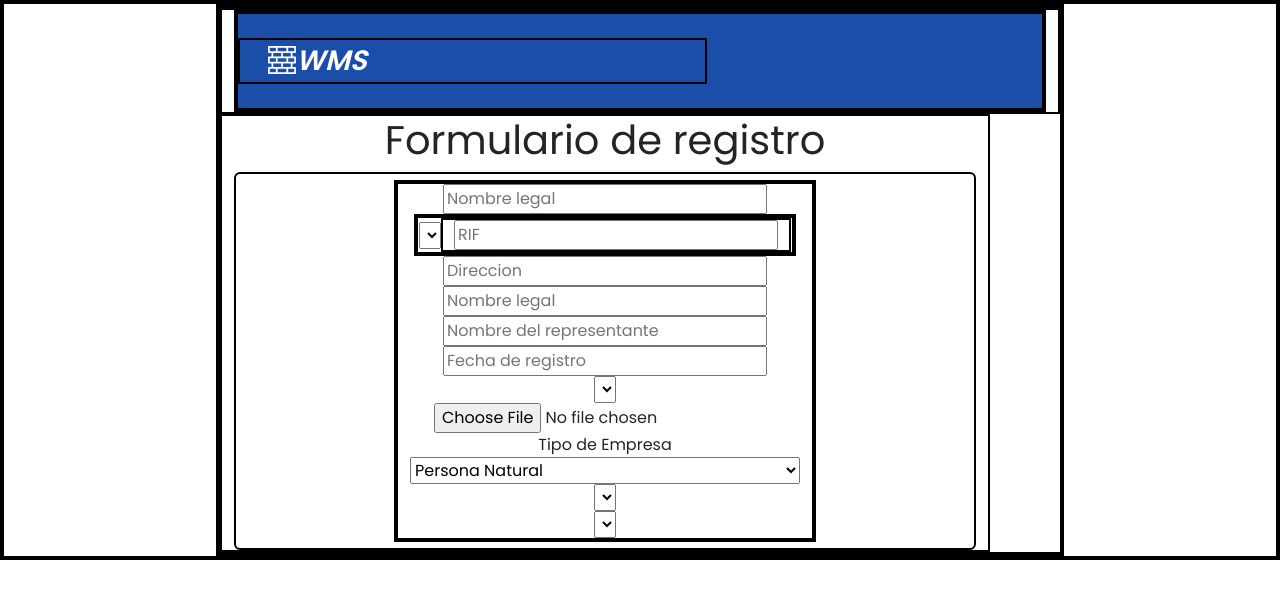
Repository: Rafa-x64/Gestion_inventario_practica
Page: http://localhost/Gestion_inventario/index.php?page=registro-empresa
These files come from the project's save history. The page is drawn as it stood at one moment and after a run of saves; the edit follows.
The browser window is 1280 px wide. The pictures show the whole page.
The page is run by PHP 8.4 with error messages shown; the project is at /var/www/html/.

Above is the page before, as saved 2025-07-23 17:01:12.

After the next 7 saves:
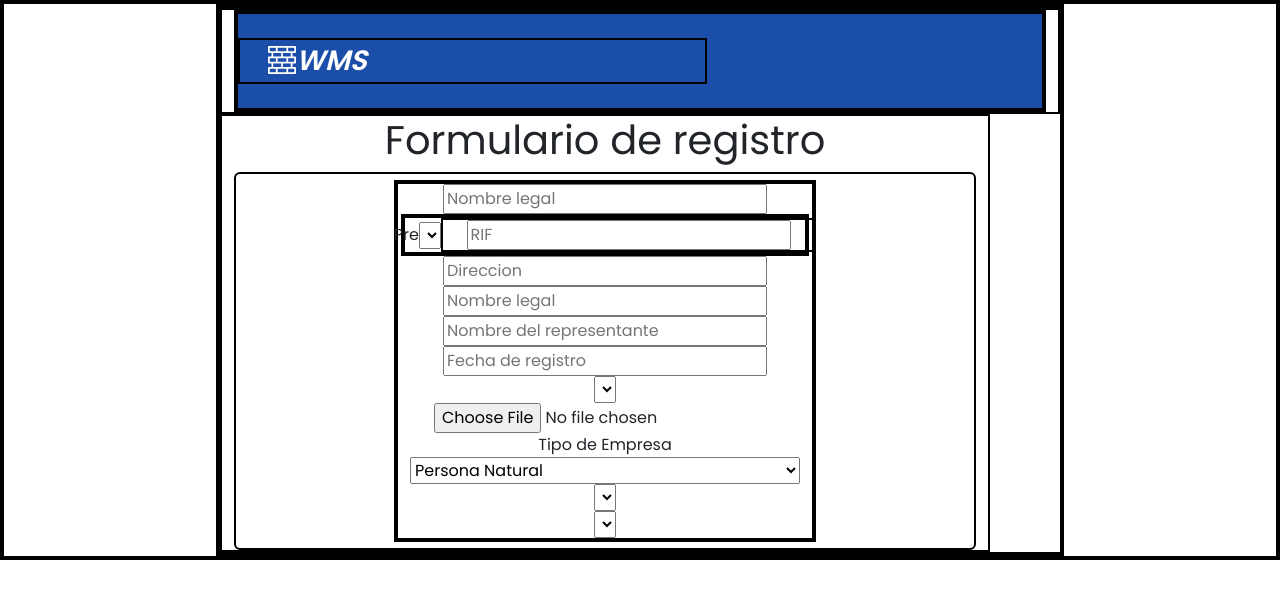
The 7 saves are shown as one change because they came seconds apart.
The last was saved 17 s later.
--- a/view/php/registro-empresa-view.php
+++ b/view/php/registro-empresa-view.php
@@ -32,13 +32,12 @@
                                 <input type="text" name="" id="nombre_legal" placeholder="Nombre legal">
                                 <div class="row">
                                     <div class="col-12 d-flex flex-row align-items-center justify-content-center">
+                                        <label for="prefijo">Pre</label>
                                         <select name="prefijo" id="prefijo">
                                             <option value="J"></option>
                                             <option value="G"></option>
                                             <option value="P"></option>
                                             <option value="C"></option>
-                                            <option value=""></option>
-                                            <option value=""></option>
                                         </select>
                                         <div class="col-12 d-flex flex-row align-items-center justify-content-center">
                                             <input type="text" name="" id="rif" placeholder="RIF">
